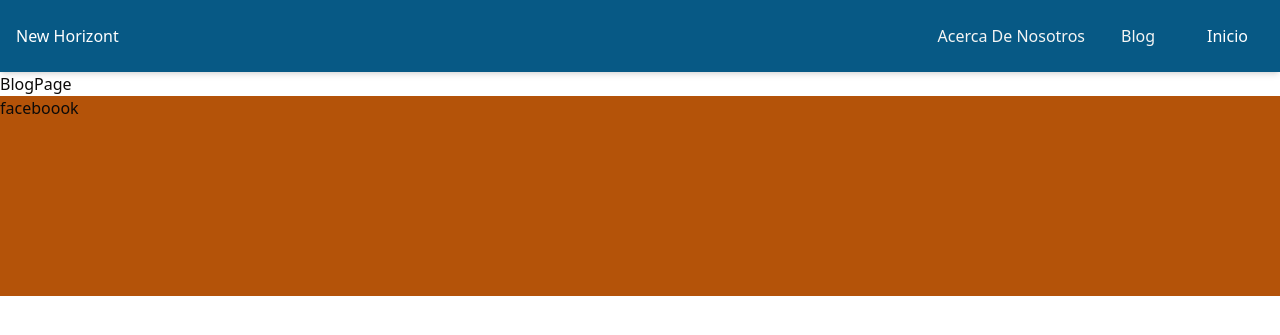
Repository: jefrydep/new-horizont-school
Page: /blog
These files come from the project's save history. The page is drawn as it stood at one moment and after the next save; the edit follows.
The browser window is 1280 px wide. The pictures show the whole page.
The project was rebuilt for these pictures with package versions that can differ from the ones it lists, and the page was loaded fresh each time. The framework's server and built-in components were replaced by stand-ins that run in the browser. Also part of the build but not shown: next.config.ts.

Above is the page before, as saved 2024-11-07 20:10:37.

After the next save:
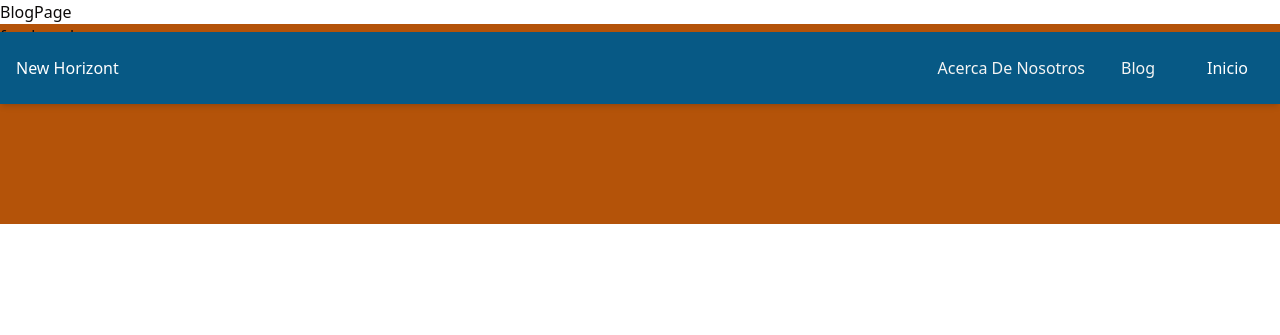
Saved 3 min 49 s later.
--- a/src/components/Navbar.tsx
+++ b/src/components/Navbar.tsx
@@ -7,7 +7,7 @@ export default function Navbar() {
   const [isOpen, setIsOpen] = useState<boolean>(false);
 
   return (
-    <header className="bg-sky-800 shadow-md   z-20 w-full  ">
+    <header className="bg-sky-800 shadow-md fixed top-8  z-20 w-full  ">
       <div className="flex justify-between items-center    m-auto container px-4 py-2">
         <div className="text-white">New Horizont</div>
         <nav className="outline-none hidden    sm:flex gap-9 items-center  list-none">
